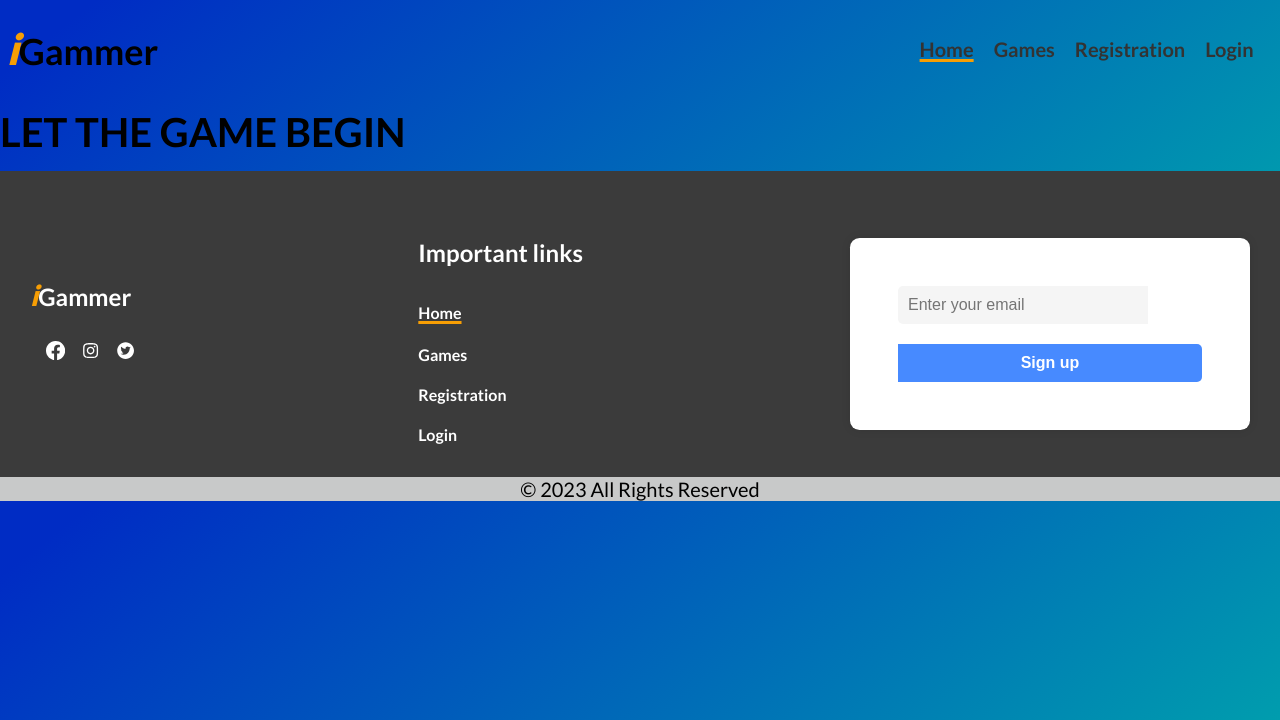
Repository: DannyMyles/iGammer
Page: /
An editor plug-in stored every save of this project. The page is shown before and after the next save, followed by the edit.
The browser window is 1280 px wide. The pictures show the whole page.
The project was rebuilt for these pictures with package versions that can differ from the ones it lists, and the page was loaded fresh each time. Also part of the build but not shown: src/pages/games/games.css, src/pages/games/Games.tsx, src/pages/home/home.css, src/pages/login/Login.tsx, src/pages/playgame/playgame.css, src/pages/playgame/PlayGame.tsx, src/pages/register/register.css, src/pages/register/Register.tsx.

Above is the page before, as saved 2023-03-16 13:21:04.

After the next save:
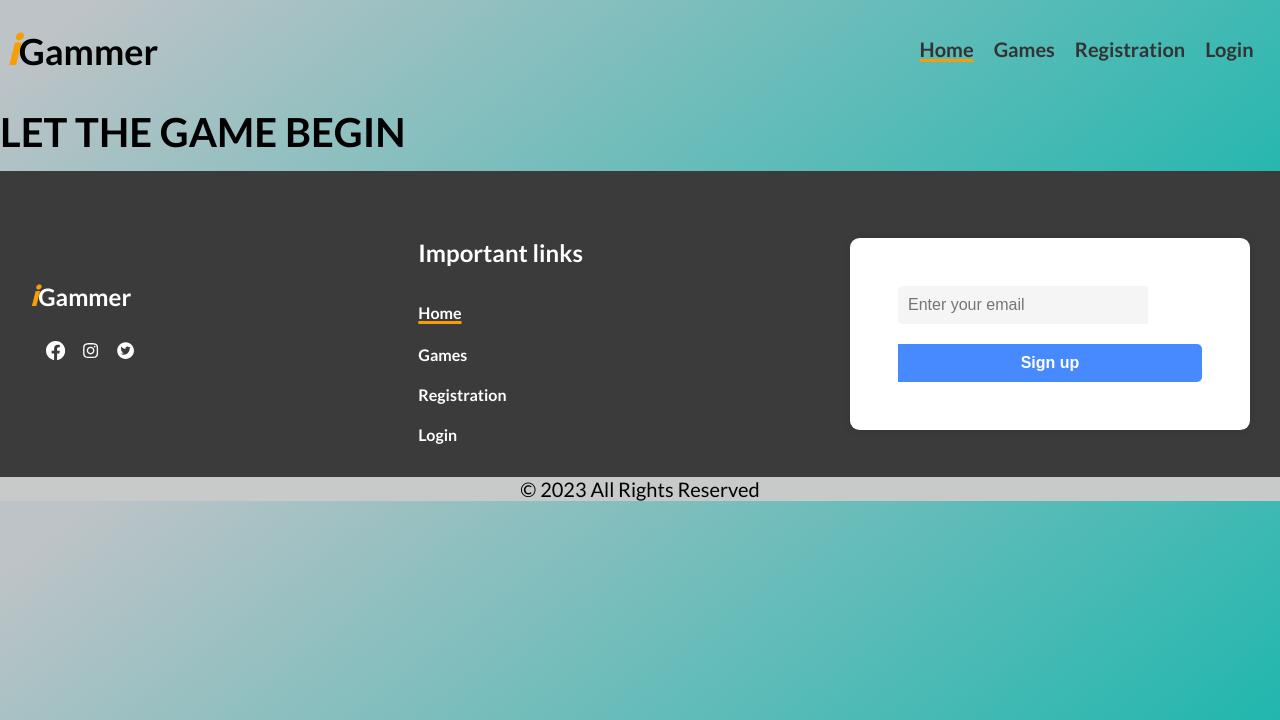
Saved 13 s later.
--- a/src/index.css
+++ b/src/index.css
@@ -7,7 +7,7 @@ body {
 	margin: 0;
 	padding: 0;
 	background: linear-gradient(#bdc3c7 → #2c3e50);
-	background: linear-gradient(142deg, rgba(0,44,196,1) 5%, rgba(0,180,169,1) 97%);
+	background: linear-gradient(142deg, #bdc3c7 5%, rgba(0,180,169,1) 97%);
 	align-items: center;
 	flex-direction: column;
 	font-family: 'Lato', sans-serif;
